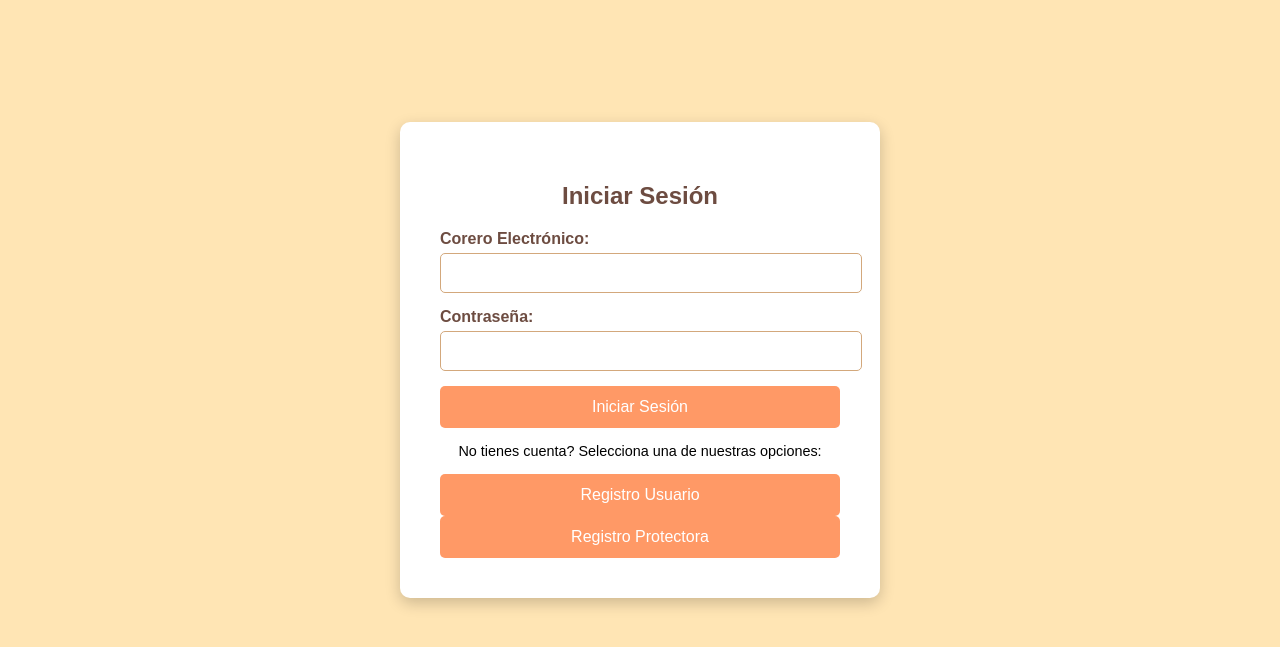
Repository: adriarodrisan/PetLover
Page: Paginas_web/Inicio_Sesion.html
The author's editor kept a copy of each file at every save. The page is drawn from the files as they stood at one save, then again after the next save.
The browser window is 1280 px wide. The pictures show the whole page.

Above is the page before, as saved 2025-03-05 14:38:17.

After the next save:
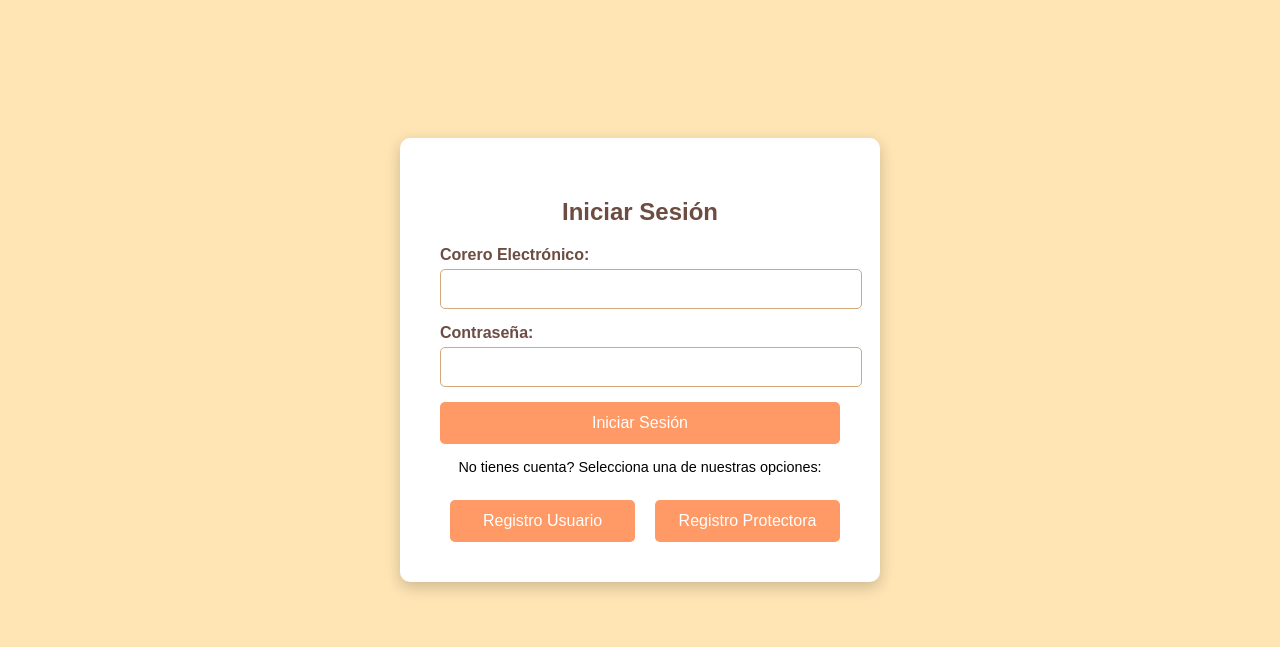
Saved 2 min 6 s later.
--- a/Css_Paginas/Inicio_Session.css
+++ b/Css_Paginas/Inicio_Session.css
@@ -70,3 +70,9 @@
 p a:hover {
     text-decoration: underline;
 }
+.registro-opciones {
+    display: flex;
+    justify-content: center;
+    gap: 10px;
+    margin-top: 10px;
+}
